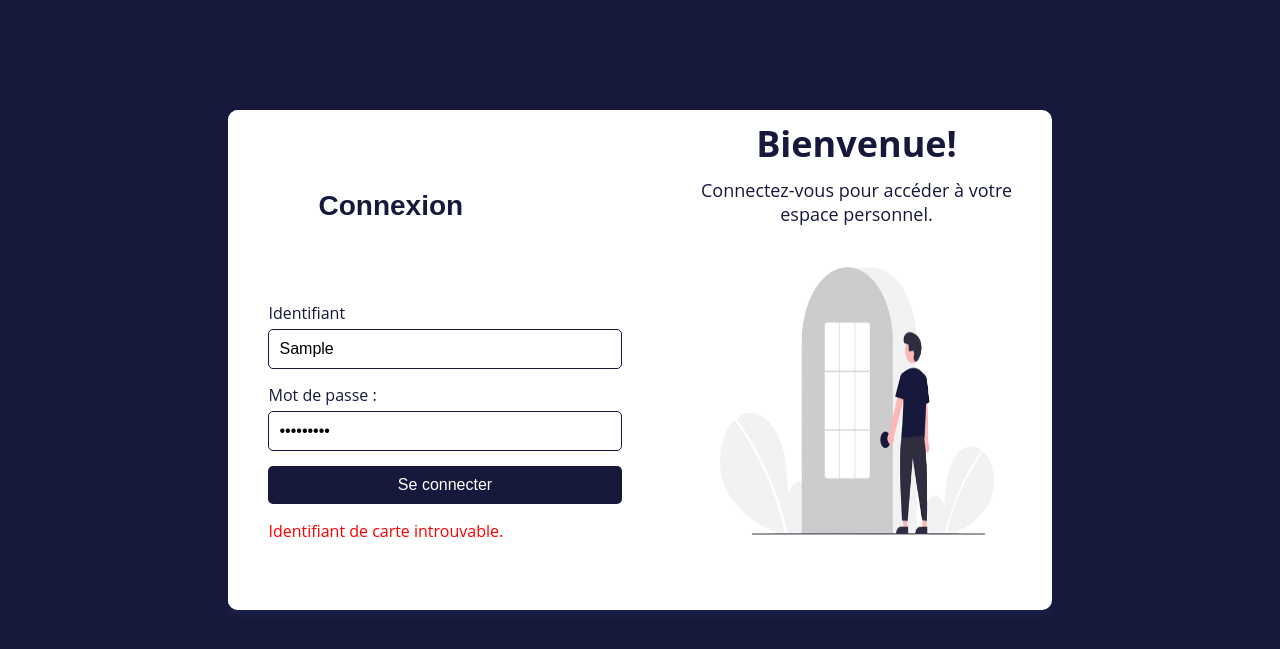
Repository: ndiawar/ProjetGab
Page: home.html
These files come from the project's save history. The page is drawn as it stood at one moment and after the next save; the edit follows.
The browser window is 1280 px wide. The pictures show the whole page.
Empty fields were first filled with sample values (such as "Sample", 5 or name@example.com).
After loading, the first visible `#loginForm` was submitted once.

Above is the page before, as saved 2024-08-07 17:36:14.

After the next save:
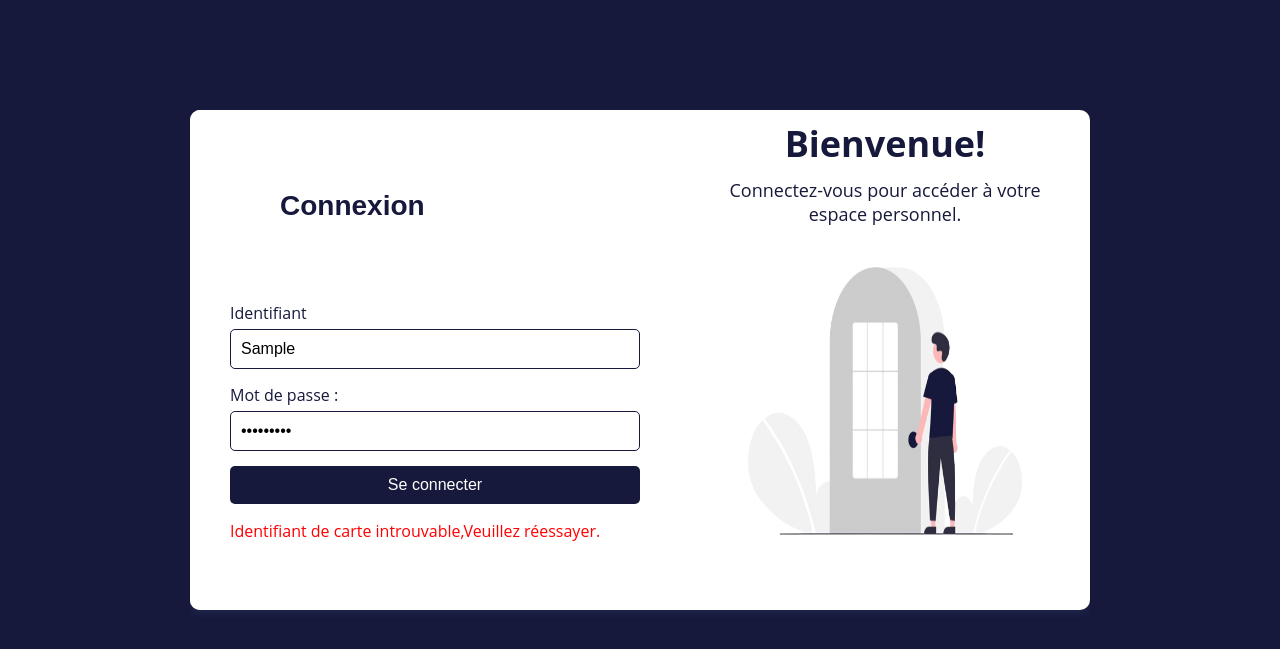
Saved 21 min 48 s later.
--- a/script.js
+++ b/script.js
@@ -34,7 +34,7 @@ loginForm.addEventListener('submit', function(event) {
     const utilisateur = storedUsers.find(u => u.idCard === identifiant);
 
     if (!utilisateur) {
-        errorMessage.textContent = "Identifiant de carte introuvable.";
+        errorMessage.textContent = "Identifiant de carte introuvable,Veuillez réessayer.";
         errorMessage.style.display = "block";
         return;
     }
@@ -68,5 +68,5 @@ loginForm.addEventListener('submit', function(event) {
     localStorage.setItem('userAttempts', JSON.stringify(userAttempts));
     alert(`Authentification réussie! Bienvenue, ${utilisateur.prenom} ${utilisateur.nom}.`);
     errorMessage.style.display = "none";
-    window.location.href = 'dashboard.html'; // Replace with actual dashboard URL
+    window.location.href = './bienvenue.html'; // Replace with actual dashboard URL
 });
